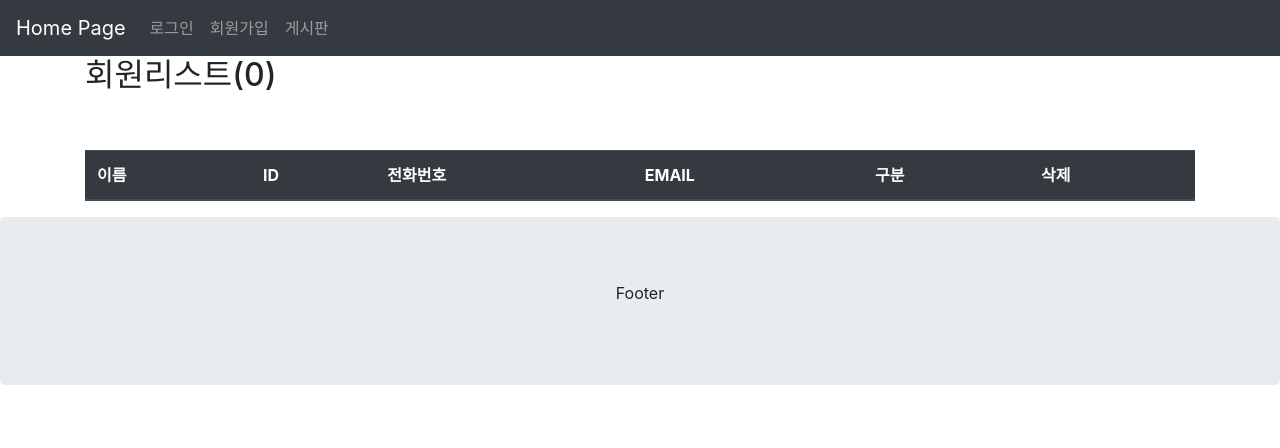
Repository: yerori/Eclipse
Page: http://localhost/project/member/list.me
These files come from the project's save history. The page is drawn as it stood at one moment and after the next save; the edit follows.
The browser window is 1280 px wide. The pictures show the whole page.
The page is served by Tomcat 9. Queries for data that is not in the repository find no rows.

Above is the page before, as saved 2020-07-30 06:07:53.
Console error: SyntaxError: Unexpected token '{'

After the next save:
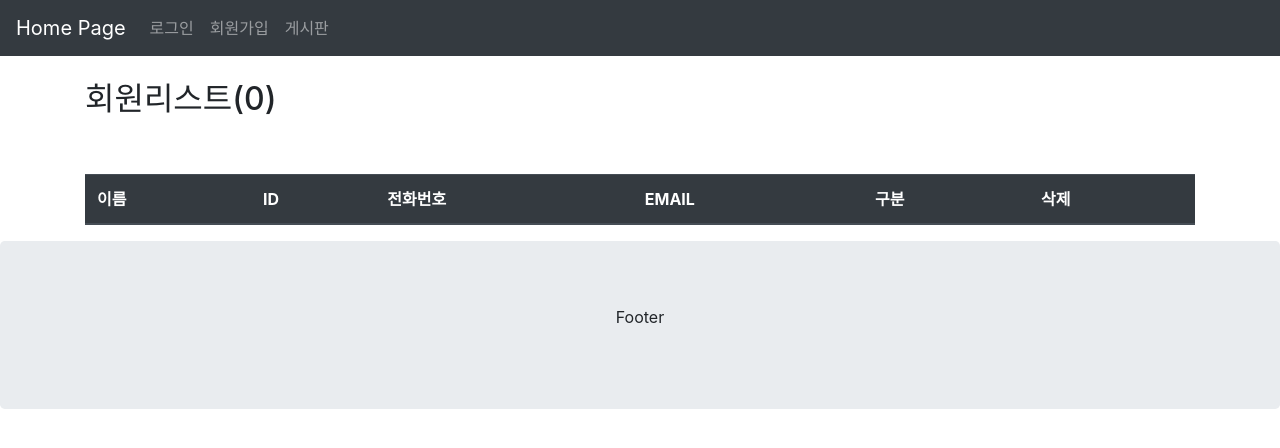
Saved 22 s later.
--- a/project/WebContent/member/list.jsp
+++ b/project/WebContent/member/list.jsp
@@ -6,6 +6,7 @@
 
 <%@ include file="../include/header.jsp" %> <!-- header의 연장선~~ -->
 <div class="container">
+<br>
 <h2>회원리스트(${count })</h2><br><br>
  <table class="table">
     <thead class="thead-dark">

After the save that followed:
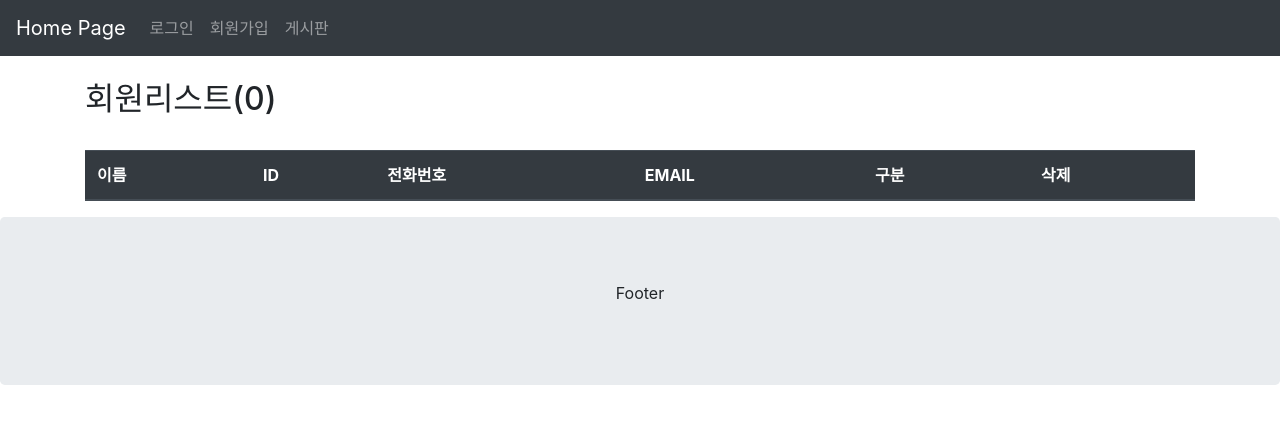
Saved 13 s later.
--- a/project/WebContent/member/list.jsp
+++ b/project/WebContent/member/list.jsp
@@ -7,7 +7,7 @@
 <%@ include file="../include/header.jsp" %> <!-- header의 연장선~~ -->
 <div class="container">
 <br>
-<h2>회원리스트(${count })</h2><br><br>
+<h2>회원리스트(${count })</h2><br>
  <table class="table">
     <thead class="thead-dark">
       <tr>
